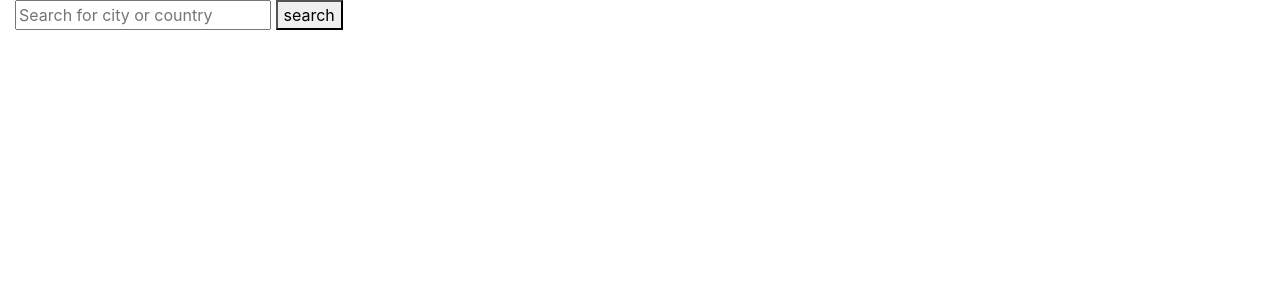
Repository: cobalt88/weather-forecast-app
Page: index.html
An editor plug-in stored every save of this project. The page is shown before and after the next save, followed by the edit.
The browser window is 1280 px wide. The pictures show the whole page.
The page's requests for data from a server got no answer. Some web libraries are served in a nearby version.

Above is the page before, as saved 2022-04-02 17:08:34.

### index.html
<!DOCTYPE html>
<html lang="en">
<head>
  <meta charset="UTF-8">
  <meta http-equiv="X-UA-Compatible" content="IE=edge">
  <meta name="viewport" content="width=device-width, initial-scale=1.0">
  <link
  rel="stylesheet"
  href="https://stackpath.bootstrapcdn.com/bootstrap/4.3.1/css/bootstrap.min.css"
/>
<link
  rel="stylesheet"
  href="https://use.fontawesome.com/releases/v5.8.1/css/all.css"
  integrity="sha384-50oBUHEmvpQ+1lW4y57PTFmhCaXp0ML5d60M1M7uH2+nqUivzIebhndOJK28anvf"
  crossorigin="anonymous"
/>
<link
  href="https://fonts.googleapis.com/css?family=Open+Sans&display=swap"
  rel="stylesheet"
/>
  <title>Document</title>
</head>
<body>
  <header></header>
  <section id="current-day"></section>
  <section id="5-day-container">


  </section>

  <aside class="col-xl-4 col-lg-4 col-md-4 col-sm-4 col-4">
    <input type="text" id="searchInput" placeholder="Search for city or country">
    <button type= 'button' id="search-button">search</button>
    <ul id="city-list"></ul>
  </aside>
  <script src="https://code.jquery.com/jquery-3.4.1.min.js"></script>
  <script src="logic.js"></script>
</body>
</html>

### logic.js
var buttonContainerEl = document.querySelector('#city-list');
var dataArr = [];
var currentLocationArr = [];
var searchLocationArr = [];
var input = document.getElementById('searchInput');

$("#search-button").on("click", function () {
  let text = $(this).siblings("#searchInput").val();
  console.log(text)
  var searchUrl = `http://dataservice.accuweather.com/locations/v1/cities/search?apikey=%09WRy7rAgeG9pkGPZlac8sWxk9sXswNaMI&q=${text}}`
  fetch(searchUrl)
    .then(function(response) {
      return response.json();
    })
    .then(function(searchLocation) {
      currentLocationArr.push(searchLocation);
    })
    .then(function(){
      console.log(searchLocationArr);
    })

  })


function getLocation() {
  var requestLocationUrl = 'http://dataservice.accuweather.com/locations/v1/cities/ipaddress?apikey=WRy7rAgeG9pkGPZlac8sWxk9sXswNaMI&q=199.231.175.194'
  fetch(requestLocationUrl)
  .then(function(response){
    return response.json();
  })
  .then(function(currentLocation) {
    currentLocationArr.push(currentLocation);
  })
  .then(function(localForecast) {
    var localKey = currentLocationArr[0].Key;
    var searchUrl = `http://dataservice.accuweather.com/locations/v1/cities/search?apikey=%09WRy7rAgeG9pkGPZlac8sWxk9sXswNaMI&q=${localKey}}`
    fetch(searchUrl)
      .then(function(response) {
        return response.json();
      })
      .then(function(location) {
        // console.log(location);
        // searchLocationArr.push(searchLocation)
      })
  })




};


function getCityList() {
var requestUrl = "http://dataservice.accuweather.com/locations/v1/topcities/150?apikey=%09WRy7rAgeG9pkGPZlac8sWxk9sXswNaMI";
fetch(requestUrl)
  .then(function(response){
  return response.json();
})
.then(function(cityData){
  for (var i = 0; i < cityData.length; i++) {
    var location = document.createElement('li')
    location.textContent = `${cityData[i].EnglishName}, ${cityData[i].Country.EnglishName}`;
    buttonContainerEl.appendChild(location)
    location.setAttribute('class', 'list-group-item ')
    location.setAttribute('id', `${cityData[i].EnglishName}-${cityData[i].Country.EnglishName}` )
    dataArr.push(cityData[i]);
  }
});
};

function forecastDisplayHandler () {

}



// function search() {
//   var filter = input.value.toLowerCase();
//   var ul = document.getElementById('city-list');
//   var li = document.getElementsByTagName('li');

//   for (let i = 0; i < li.length; i++) {
//     a = li[i].getElementsByTagName("a")[0];
//     txtValue = li.textContent || li.innerText;
//     if (txtValue.toLowerCase().indexOf(filter) > -1) {
//       li[i].style.display = "";
//     } else {
//       li[i].style.display = "none";
//     }
//   }

// }

getLocation();
getCityList();
// console.log(currentLocationArr);

After the next save:
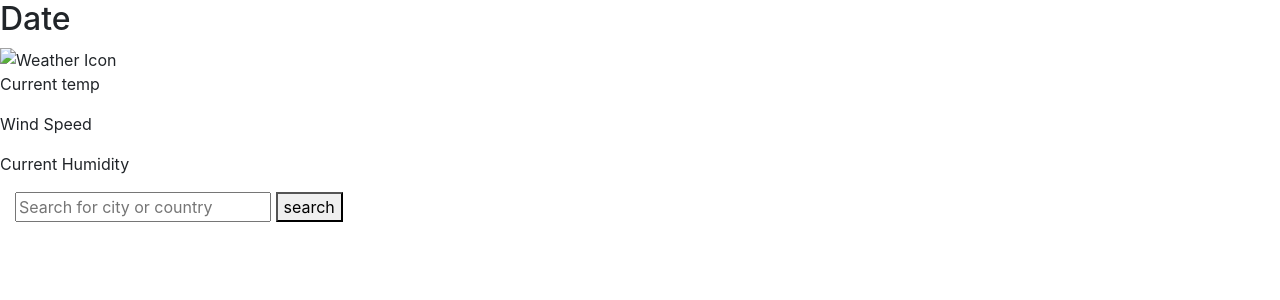
Saved 5 s later.
--- a/index.html
+++ b/index.html
@@ -25,6 +25,15 @@
   <section id="current-day"></section>
   <section id="5-day-container">
 
+    <div id="forecast">
+      <h2 id="date">Date</h2>
+      <img alt="Weather Icon">
+      <p id="temp">Current temp</p>
+      <p id="wind">Wind Speed</p>
+      <p id="humidity">Current Humidity</p>
+
+    </div>
+
 
   </section>
 
